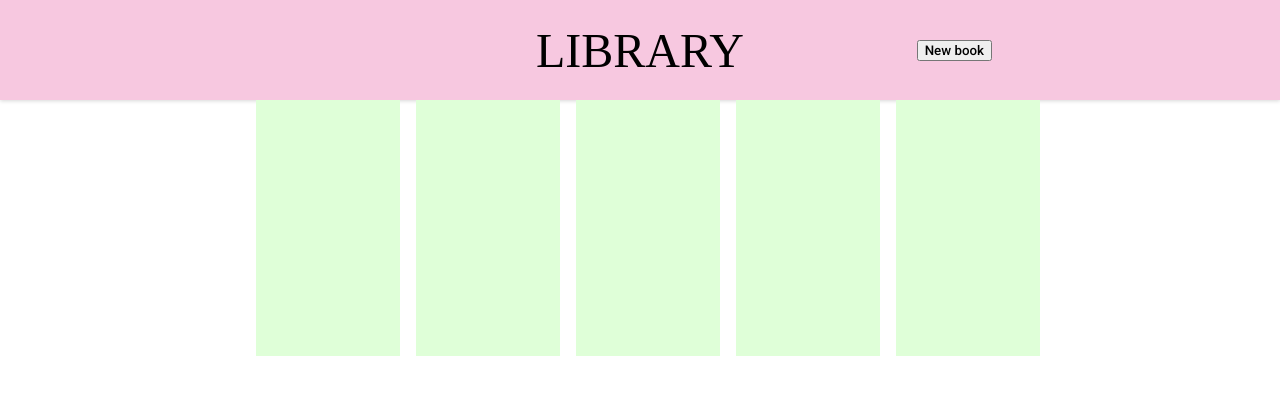
Repository: yeetzpxoci/library
Page: index.html
These files come from the project's save history. The page is drawn as it stood at one moment and after the next save; the edit follows.
The browser window is 1280 px wide. The pictures show the whole page.
Some web fonts or font styles are not loaded; a fallback is used.

Above is the page before, as saved 2023-02-21 15:01:42.

### index.html
<!DOCTYPE html>
<html lang="en">
<head>
    <meta charset="UTF-8">
    <meta http-equiv="X-UA-Compatible" content="IE=edge">
    <meta name="viewport" content="width=device-width, initial-scale=1.0">
    <title>Library</title>
    <link rel="stylesheet" href="styles.css">
    <link rel="preconnect" href="https://fonts.googleapis.com">
    <link rel="preconnect" href="https://fonts.gstatic.com" crossorigin>
    <link href="https://fonts.googleapis.com/css2?family=Roboto:wght@500&display=swap" rel="stylesheet">
    <link href="https://fonts.googleapis.com/css2?family=Gloock&display=swap" rel="stylesheet">
</head>
<body>
    <div class="header">
        <p></p>
        <p>LIBRARY</p>
        <button onclick="addBookToLibrary()" id="addBook">New book</button>
    </div>

    <form>
        <fieldset>
            <label for="title">Title</label>
            <input type="text" name="title" id="title">
            <label for="author">Author</label>
            <input type="text" name="author" id="author">
            <label for="pages">Pages</label>
            <input type="number" name="pages" id="pages">
            <label for="read">Have you read the book?</label>
            <input type="checkbox" name="read" id="read">
        </fieldset>
    </form>

    <div id="cards">

    </div>
<script src="script.js"></script>
</body>
</html>

### styles.css
html, body {
    margin: 0;
    padding: 0;
}

body {
    min-height: 100vh;
    background-color: white;
}

.header {
    display: flex;
    align-items: center;
    justify-content: center;
    width: 100%;
    height: 100px;
    background-color: #F7C8E0;
    box-shadow: rgba(0, 0, 0, 0.16) 0px 1px 4px;
}

.header p {
    font-family: 'Gloock', serif;
    font-size: 48px;
}

#addBook {
    position: absolute;
    right: 288px;
    font-family: 'Roboto', sans-serif;
    background-color: DFFFD8;

}

#cards {
    display: grid;
    grid-template-columns: 1fr 1fr 1fr 1fr 1fr;
    gap: 16px;
    margin-right: 256px;
    margin-left: 256px;
}

.card {
    height: 256px;
    width: 144px;
    background-color: #DFFFD8;
    align-self: center;
    justify-self: center;
}

form {
    display: none;
}

### script.js
const title = document.getElementById("title").value
const author = document.getElementById("author").value
const pages = document.getElementById("pages").value
const read = document.getElementById("read").checked
const cards = document.getElementById("cards")

let myLibrary = [];

function Book(title, author, pages, read) {
    this.title = title;
    this.author = author;
    this.pages = pages;
    this.read = read;
    this.info = function () {
        return title + " by " + author + ", " + String(pages) + " pages, not read yet"
    }
}

function addBookToLibrary() {
    let book = new Book(title, author, pages, read);
    myLibrary.push(book);
    console.log(myLibrary.length)
}

function displayBooks() {
    for (let i = 0; i < myLibrary.length; i++) {
        const newDiv = document.createElement("div");
        newDiv.setAttribute("class", "card");
        cards.appendChild(newDiv);
    }
}

let book1 = new Book("htomi" , "hs", 23, true);
let book2 = new Book("yeet", "asd", 65, false);
let book3 = new Book("smth", "bsdf", 1, true);
let book4 = new Book("smth", "bsdf", 1, true);
let book5 = new Book("smth", "bsdf", 1, true);
myLibrary.push(book1, book2, book3, book4, book5);
displayBooks();

After the next save:
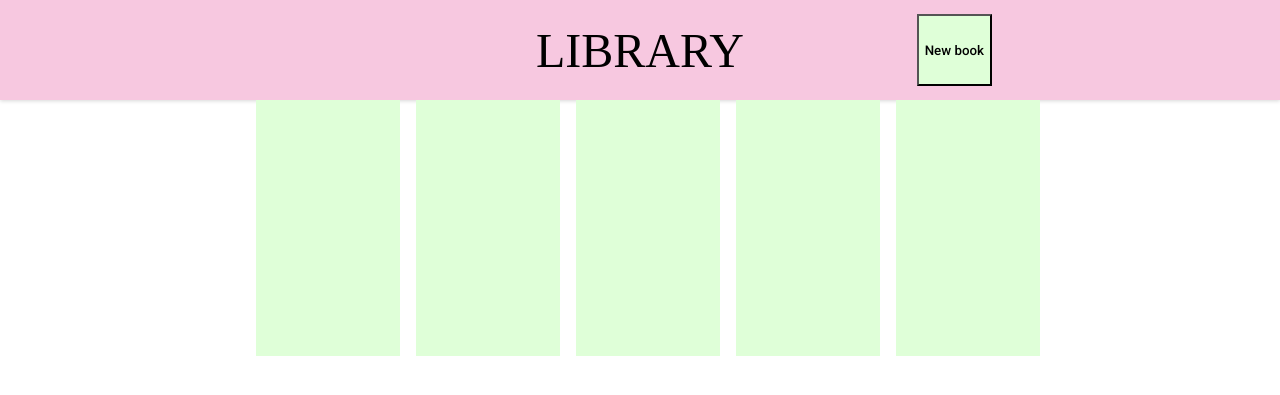
Saved 10 s later.
--- a/styles.css
+++ b/styles.css
@@ -27,7 +27,8 @@ body {
     position: absolute;
     right: 288px;
     font-family: 'Roboto', sans-serif;
-    background-color: DFFFD8;
+    background-color: #DFFFD8;
+    height: 72px;
 
 }
 
